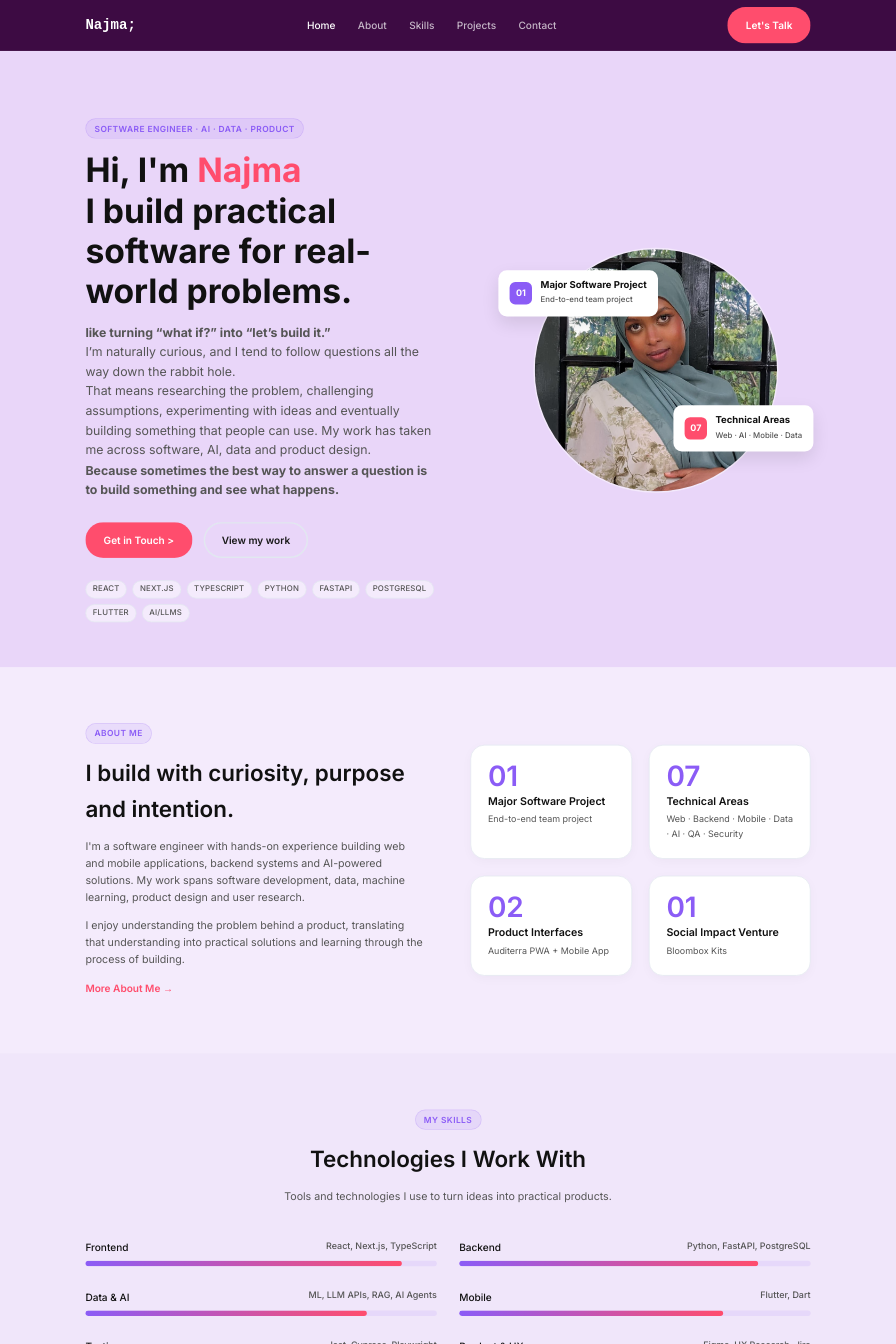
Repository: najmahares/portfolio
Page: index.html
An editor plug-in stored every save of this project. The page is shown before and after the next save, followed by the edit.
The browser window is 1280 px wide. The pictures show the part of the page from y = 0 to 1920 px (the page is 3441 px tall), at 70% of full size.

Above is the page before, as saved 2026-09-19 06:20:54.

### index.html
<!doctype html>
<html lang="en">
  <head>
    <meta charset="UTF-8" />
    <meta name="viewport" content="width=device-width, initial-scale=1.0" />
    <title>Najma Hares | Software Engineer</title>
    <link rel="preconnect" href="https://fonts.googleapis.com" />
    <link rel="preconnect" href="https://fonts.gstatic.com" crossorigin />
    <link
      href="https://fonts.googleapis.com/css2?family=Inter:wght@300;400;500;600;700&display=swap"
      rel="stylesheet"
    />
    <link rel="stylesheet" href="css/style.css" />
  </head>
  <body>
    <!-- Navbar -->
    <nav class="navbar">
      <div class="container nav-container">
        <a href="index.html" class="logo">Najma;</a>
        <div class="nav-links">
          <a href="index.html" class="active">Home</a>
          <a href="#about">About</a>
          <a href="#skills">Skills</a>
          <a href="#projects">Projects</a>
          <a href="#contact">Contact</a>
        </div>
        <a href="mailto:haresnajma@gmail.com" class="btn btn-primary magnetic"
          >Let's Talk</a
        >
      </div>
    </nav>

    <!-- Hero Section -->
    <section class="hero">
      <div class="container hero-grid">
        <div class="hero-content">
          <span class="badge reveal"
            >SOFTWARE ENGINEER · AI · DATA · PRODUCT</span
          >
          <h1 class="reveal">
            Hi, I'm <span class="text-accent">Najma</span><br />I build
            practical software for real-world problems.
          </h1>
          <p class="hero-desc reveal">
            <strong>like turning “what if?” into “let’s build it.” </strong>
            <br />
            I’m naturally curious, and I tend to follow questions all the way
            down the rabbit hole. <br />
            That means researching the problem, challenging assumptions,
            experimenting with ideas and eventually building something that
            people can use. My work has taken me across software, AI, data and
            product design.
            <br />

            <strong
              >Because sometimes the best way to answer a question is to build
              something and see what happens.</strong
            >
          </p>
          <div class="hero-buttons reveal">
            <a href="#projects" class="btn btn-primary magnetic"
              >Get in Touch
            >
            <a href="#" class="btn btn-outline magnetic">View my work</a>
          </div>
          <div class="tech-stack reveal">
            <span class="badge-sm">React</span>
            <span class="badge-sm">Next.js</span>
            <span class="badge-sm">TypeScript</span>
            <span class="badge-sm">Python</span>
            <span class="badge-sm">FastAPI</span>
            <span class="badge-sm">PostgreSQL</span>
            <span class="badge-sm">Flutter</span>
            <span class="badge-sm">AI/LLMs</span>
          </div>
        </div>
        <div class="hero-image-wrapper reveal">
          <div class="avatar-graphic tilt-card">
            <img
              src="assets/portfolio_image.jpg"
              alt="Najma Hares"
              class="hero-img"
            />
            <div class="floating-stat float-1">
              <div class="stat-icon bg-purple">01</div>
              <div>
                <strong>Major Software Project</strong>
                <span>End-to-end team project</span>
              </div>
            </div>
            <div class="floating-stat float-2">
              <div class="stat-icon bg-pink">07</div>
              <div>
                <strong>Technical Areas</strong>
                <span>Web · AI · Mobile · Data</span>
              </div>
            </div>
          </div>
        </div>
      </div>
    </section>

    <!-- About & Stats -->
    <section id="about" class="section">
      <div class="container about-grid">
        <div class="about-text reveal">
          <span class="badge">ABOUT ME</span>
          <h2>I build with curiosity, purpose and intention.</h2>
          <p>
            I'm a software engineer with hands-on experience building web and
            mobile applications, backend systems and AI-powered solutions. My
            work spans software development, data, machine learning, product
            design and user research.
          </p>
          <p>
            I enjoy understanding the problem behind a product, translating that
            understanding into practical solutions and learning through the
            process of building.
          </p>
          <a href="#" class="link-arrow">More About Me →</a>
        </div>
        <div class="stats-grid">
          <div class="card stat-card reveal tilt-card">
            <h3>01</h3>
            <p>Major Software Project</p>
            <span class="stat-sub">End-to-end team project</span>
          </div>
          <div class="card stat-card reveal tilt-card">
            <h3>07</h3>
            <p>Technical Areas</p>
            <span class="stat-sub"
              >Web · Backend · Mobile · Data · AI · QA · Security</span
            >
          </div>
          <div class="card stat-card reveal tilt-card">
            <h3>02</h3>
            <p>Product Interfaces</p>
            <span class="stat-sub">Auditerra PWA + Mobile App</span>
          </div>
          <div class="card stat-card reveal tilt-card">
            <h3>01</h3>
            <p>Social Impact Venture</p>
            <span class="stat-sub">Bloombox Kits</span>
          </div>
        </div>
      </div>
    </section>

    <!-- Skills -->
    <section id="skills" class="section bg-alt">
      <div class="container">
        <div class="section-header reveal">
          <span class="badge">MY SKILLS</span>
          <h2>Technologies I Work With</h2>
          <p>
            Tools and technologies I use to turn ideas into practical products.
          </p>
        </div>
        <div class="skills-grid">
          <div class="skill-item reveal">
            <div class="skill-info">
              <span>Frontend</span><span>React, Next.js, TypeScript</span>
            </div>
            <div class="progress-bar">
              <div class="progress" style="width: 90%"></div>
            </div>
          </div>
          <div class="skill-item reveal">
            <div class="skill-info">
              <span>Backend</span><span>Python, FastAPI, PostgreSQL</span>
            </div>
            <div class="progress-bar">
              <div class="progress" style="width: 85%"></div>
            </div>
          </div>
          <div class="skill-item reveal">
            <div class="skill-info">
              <span>Data & AI</span><span>ML, LLM APIs, RAG, AI Agents</span>
            </div>
            <div class="progress-bar">
              <div class="progress" style="width: 80%"></div>
            </div>
          </div>
          <div class="skill-item reveal">
            <div class="skill-info">
              <span>Mobile</span><span>Flutter, Dart</span>
            </div>
            <div class="progress-bar">
              <div class="progress" style="width: 75%"></div>
            </div>
          </div>
          <div class="skill-item reveal">
            <div class="skill-info">
              <span>Testing</span><span>Jest, Cypress, Playwright</span>
            </div>
            <div class="progress-bar">
              <div class="progress" style="width: 85%"></div>
            </div>
          </div>
          <div class="skill-item reveal">
            <div class="skill-info">
              <span>Product & UX</span><span>Figma, UX Research, Jira</span>
            </div>
            <div class="progress-bar">
              <div class="progress" style="width: 80%"></div>
            </div>
          </div>
        </div>
      </div>
    </section>

    <!-- Recent Work -->
    <section id="projects" class="section">
      <div class="container">
        <div class="section-header reveal">
          <span class="badge">FEATURED PROJECT</span>
          <h2>Some of My Recent Work</h2>
          <p>A selection of projects I've built recently.</p>
        </div>
        <div class="projects-grid">
          <!-- Project 1: Wrapped in <a> tag -->
          <a href="project.html" class="card project-card reveal tilt-card">
            <div class="project-img placeholder-1"></div>
            <div class="project-info">
              <span class="badge-sm">FEATURED PROJECT</span>
              <h3>Auditerra</h3>
              <p class="project-subtitle">
                Land Restoration Monitoring Platform
              </p>
              <p class="project-desc">
                A two-interface platform connecting field experts with
                smallholder farmers.
              </p>
              <div class="project-tags">
                <span class="badge-sm">React</span>
                <span class="badge-sm">Flutter</span>
                <span class="badge-sm">Gemini</span>
              </div>
            </div>
          </a>
          <!-- Project 2 -->
          <a href="project.html" class="card project-card reveal tilt-card">
            <div class="project-img placeholder-2"></div>
            <div class="project-info">
              <span class="badge-sm">SOCIAL IMPACT PROJECT</span>
              <h3>Bloombox Kits</h3>
              <p class="project-subtitle">Portable Beauty-Kit Venture</p>
              <p class="project-desc">
                A portable beauty-kit venture supporting girls' education.
              </p>
              <div class="project-tags">
                <span class="badge-sm">Entrepreneurship</span>
                <span class="badge-sm">Social Impact</span>
              </div>
            </div>
          </a>
          <!-- Project 3 -->
          <a href="project.html" class="card project-card reveal tilt-card">
            <div class="project-img placeholder-3"></div>
            <div class="project-info">
              <span class="badge-sm">DATA & MACHINE LEARNING</span>
              <h3>Machine Learning Project</h3>
              <p class="project-subtitle">[Actual Project Name]</p>
              <p class="project-desc">
                A machine-learning project focused on solving real-world data
                problems.
              </p>
              <div class="project-tags">
                <span class="badge-sm">Python</span>
                <span class="badge-sm">ML</span>
              </div>
            </div>
          </a>
        </div>
      </div>
    </section>

    <!-- Footer -->
    <footer id="contact" class="footer">
      <div class="container footer-grid">
        <div class="footer-cta reveal">
          <span class="badge">LET'S WORK TOGETHER</span>
          <h2>Have an idea worth building?</h2>
          <p>
            I'm always interested in learning, building and working on problems
            where technology can create meaningful value.
          </p>
          <a href="mailto:haresnajma@gmail.com" class="btn btn-primary magnetic"
            >Let's Talk</a
          >
        </div>
        <div class="footer-info reveal">
          <div class="card personal-card">
            <span class="badge-sm">CURRENTLY</span>
            <h3>Building & learning</h3>
            <p><strong>Najma Hares</strong><br />Software Engineer</p>
            <div class="personal-focus">
              <span>Software Engineering</span>
              <span>AI & Data</span>
              <span>Product Development</span>
            </div>
          </div>
          <div class="social-links">
            <h4>Follow Me</h4>
            <a href="#">GitHub</a>
            <a href="#">LinkedIn</a>
            <a href="mailto:haresnajma@gmail.com">haresnajma@gmail.com</a>
          </div>
        </div>
      </div>
      <div class="container footer-bottom">
        <p>&copy; 2026 Najma Hares Muhumed. All rights reserved.</p>
        <p>Made with ❤️ by Najma</p>
      </div>
    </footer>

    <script src="js/main.js"></script>
  </body>
</html>

Loaded but not shown: js/main.js (72 lines, source omitted); css/style.css (679 lines, source omitted)

After the next save:
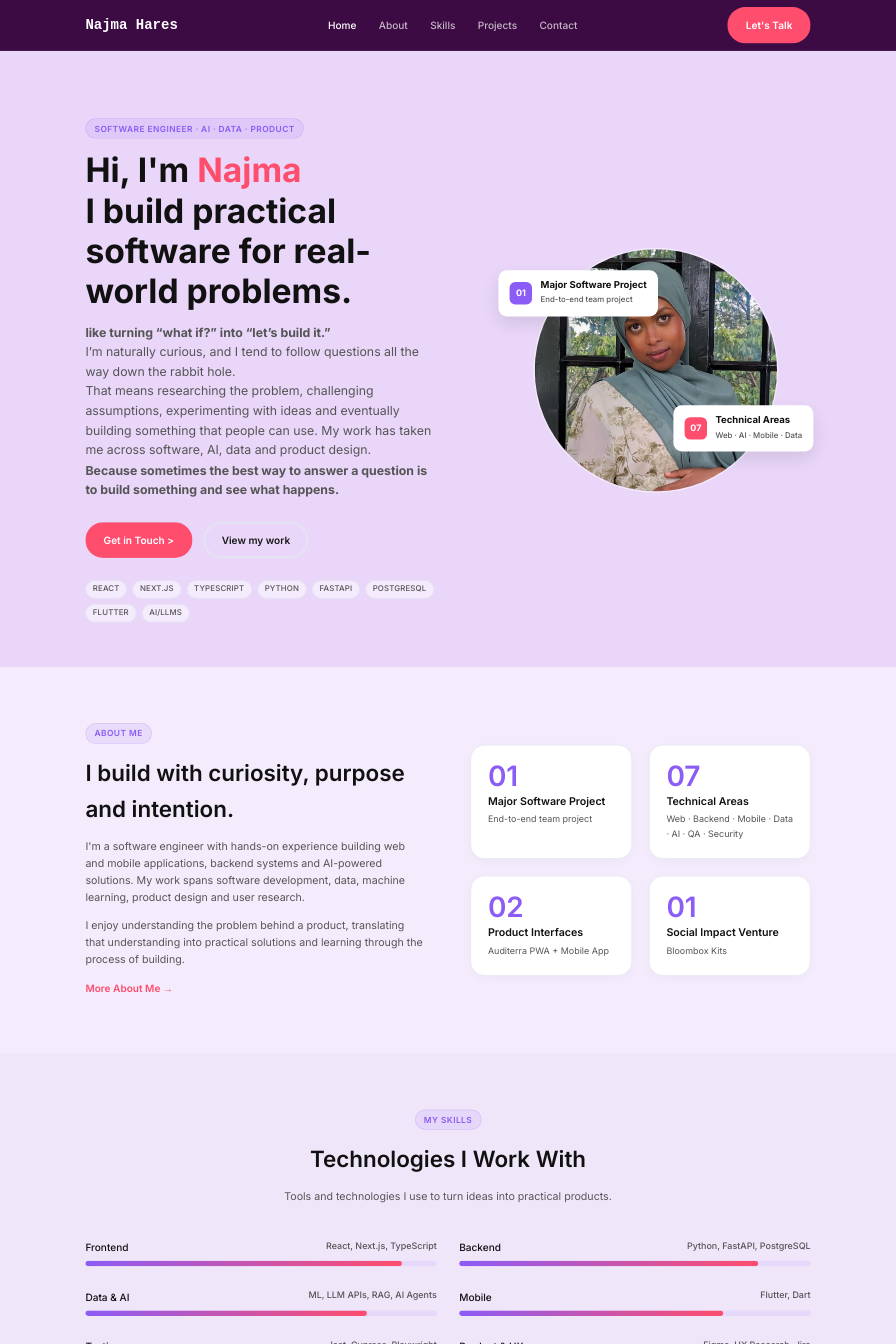
Saved 7 s later.
--- a/index.html
+++ b/index.html
@@ -16,7 +16,7 @@
     <!-- Navbar -->
     <nav class="navbar">
       <div class="container nav-container">
-        <a href="index.html" class="logo">Najma;</a>
+        <a href="index.html" class="logo">Najma Hares</a>
         <div class="nav-links">
           <a href="index.html" class="active">Home</a>
           <a href="#about">About</a>
